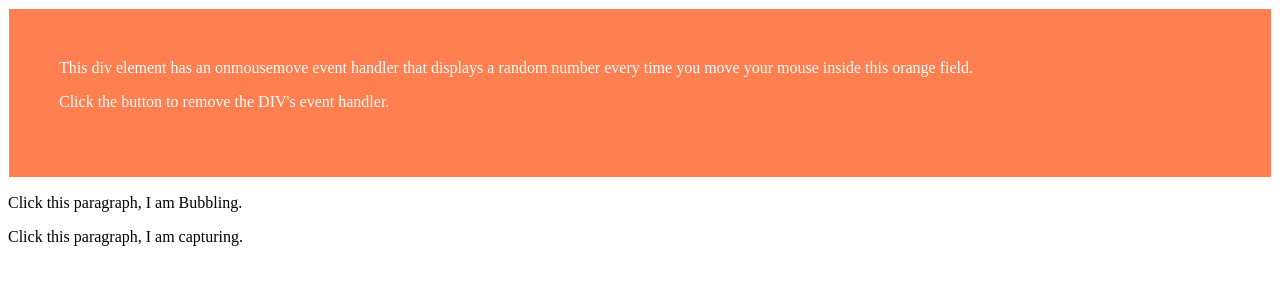
Repository: neem693/workspace
Page: studyhtml5/WebContent/ch05/practice_dom/practice_49.html
These files come from the project's save history. The page is drawn as it stood at one moment and after the next save; the edit follows.
The browser window is 1280 px wide. The pictures show the whole page.

Above is the page before, as saved 2018-03-19 08:52:00.

After the next save:
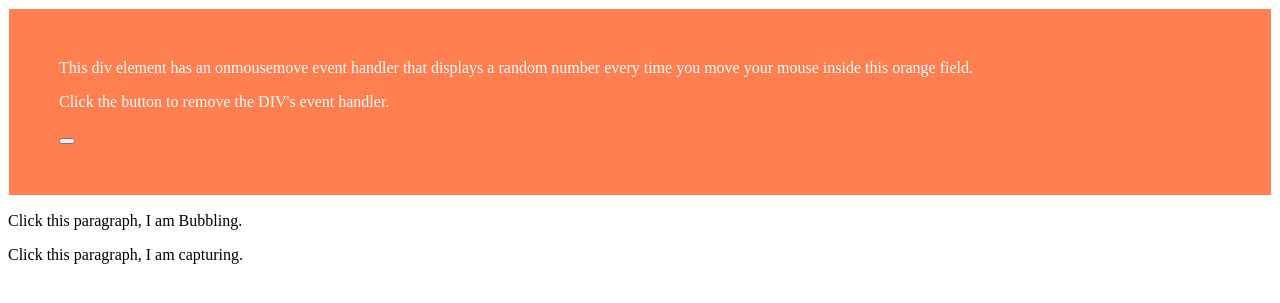
Saved 23 s later.
--- a/studyhtml5/WebContent/ch05/practice_dom/practice_49.html
+++ b/studyhtml5/WebContent/ch05/practice_dom/practice_49.html
@@ -19,7 +19,8 @@
 <body>
 
 	<div id = "myDIV">This div element has an onmousemove event handler that displays a random number every time you move your mouse inside this orange field.
-	<p>Click the button to remove the DIV's event handler.</p></div>
+	<p>Click the button to remove the DIV's event handler.</p>
+	<button onclick = "removeHandler()" id = "myBtn"></button></div>
 
 	<div id="myDiv">
 		<p id="myP">Click this paragraph, I am Bubbling.</p>
